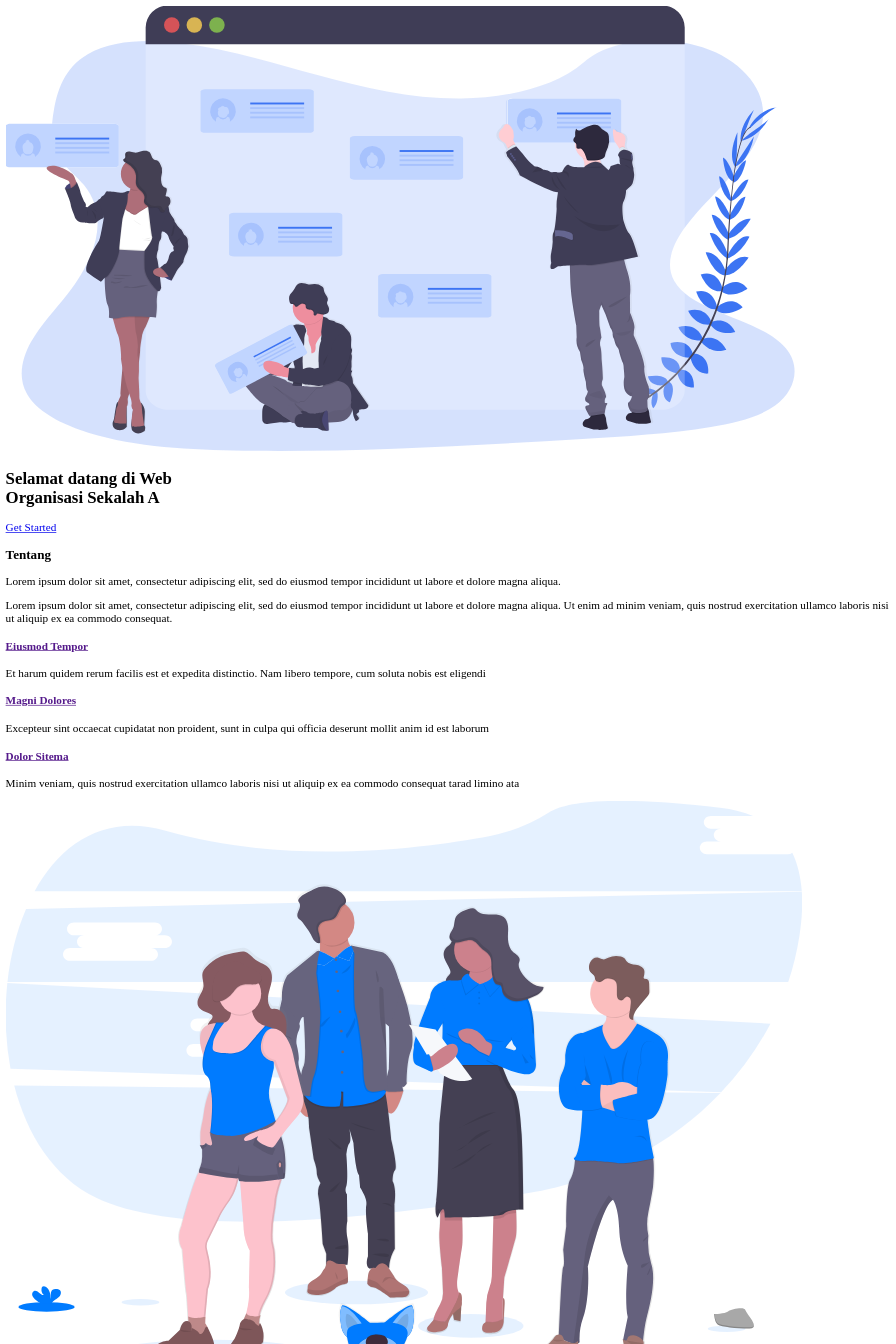
Repository: bayulalu/sekolah-orgaisasi
Page: http://localhost/
An editor plug-in stored every save of this project. The page is shown before and after the next save, followed by the edit.
The browser window is 1280 px wide. The pictures show the part of the page from y = 0 to 1920 px (the page is 4377 px tall before and 720 px after), at 70% of full size.
The page is served by the project's Laravel application, run on PHP 8.4 with Laravel 8. Other server files are loaded and not shown.

Above is the page before, as saved 2020-07-21 11:00:23.

### routes/web.php
<?php

use Illuminate\Support\Facades\Route;



// Route::get('/', function () {
//     return view('welcome');
// });



Route::get('/login-user', 'AuthController@login')->name('login');
Route::post('/login-user', 'AuthController@postLogin')->name('login');
Route::get('/event', 'ArtikelController@event')->name('event');

Route::group(['middleware' => 'auth'], function(){

    Route::get('/register-user','AuthController@registerUser')->name('register');
    Route::post('/register-user','AuthController@storeUser')->name('register');
    Route::get('/logout', 'AuthController@logout' )->name('logout');

    Route::get('/create-envet', 'ArtikelController@create')->name('create-event');
    Route::post('/create-envet', 'ArtikelController@store')->name('create-event');

    Route::get('/event-delete/{slug}', 'ArtikelController@delete');
    Route::get('/event-update/{slug}', 'ArtikelController@edit');
    Route::post('/event-update/{slug}', 'ArtikelController@update');
});

Route::get('/', 'ArtikelController@index')->name('home');
Route::get('/event/{slug}', 'ArtikelController@showDetail')->name('singgel-event');


// Route::get('/tes', function () {
//     return view('gush.singgle');

// });

// Auth::routes();

// Route::get('/home', 'HomeController@index')->name('home');

### app/Http/Controllers/ArtikelController.php
<?php

namespace App\Http\Controllers;

use Illuminate\Http\Request;
use Auth;
use App\Models\Event;
use Illuminate\Support\Str;

class ArtikelController extends Controller
{
    public function index(){
        return view('gush.home');
    }

    public function event(){
        $events = Event::all();
        return view('gush.event',  compact('events'));
    }

    public  function create()
    {
        return view('gush.create');
    }

    public  function store(Request $request)
    {
        $this->validate($request, [
            'konten' => 'required',
            'judul' => 'required',
            'gambar' => 'required|image',
        ]);

       $slug = Str::slug($request->judul.time(), '-');

        if($request->file('gambar')){
            $gambar = $request->file('gambar')->store('gambar', 'public');

        }else{
            $gambar = '';
        }

         Event::create([
            'status' => Auth::user()->status,
            'title' => $request->judul,
            'slug' => $slug,
            'content' => $request->konten,
            'user_id' => Auth::user()->id,
            'image' => $gambar
        ]);

        // return view('gush.create')->with('msg','Data Berhasil Ditambah');
        return redirect()->route('create-event')->with('msg','Data Berhasil Diubah');

    }

    public function showDetail($slug)
    {
        $event = Event::where('slug', $slug)->first();
        return view('gush.singgle', compact('event'));
    }

    public function delete($slug){
        $event = Event::where('slug', $slug)->first();
        $event->delete();
        return redirect()->route('event')->with('msg','Data Berhasil Dihapus');
    }

    public function edit($slug){
        $event = Event::where('slug', $slug)->first();
        return view('gush.update', compact('event'));
    }

    public function update(Request $request, $slug){

        $this->validate($request, [
            'konten' => 'required',
            'judul' => 'required'
        ]);

        $event = Event::where('slug', $slug)->first();

          $event->update([
                'title' => $request->judul,
                'content' => $request->konten,
                'slug' => $slug,
            ]);
          return redirect()->route('singgel-event', $slug)->with('msg','Data Berhasil Diubah');
    }



}

### resources/views/gush/home.blade.php
<section id="intro" class="clearfix">
    <div class="container">

      <div class="intro-img">
        <img src="img/intro-img.svg" alt="" class="img-fluid">
      </div>

      <div class="intro-info">
        <h2>Selamat datang di Web <br>Organisasi Sekalah A</h2>
        <div>
          <a href="#about" class="btn-get-started scrollto">Get Started</a>
         </div>
      </div>

    </div>
  </section><!-- #intro -->

  <main id="main">

    <!--==========================
      About Us Section
    ============================-->
    <section id="about">
      <div class="container">

        <header class="section-header">
          <h3>Tentang</h3>
          <p>Lorem ipsum dolor sit amet, consectetur adipiscing elit, sed do eiusmod tempor incididunt ut labore et dolore magna aliqua.</p>
        </header>

        <div class="row about-container">

          <div class="col-lg-6 content order-lg-1 order-2">
            <p>
              Lorem ipsum dolor sit amet, consectetur adipiscing elit, sed do eiusmod tempor incididunt ut labore et dolore magna aliqua. Ut enim ad minim veniam, quis nostrud exercitation ullamco laboris nisi ut aliquip ex ea commodo consequat.
            </p>

            <div class="icon-box wow fadeInUp">
              <div class="icon"><i class="fa fa-shopping-bag"></i></div>
              <h4 class="title"><a href="">Eiusmod Tempor</a></h4>
              <p class="description">Et harum quidem rerum facilis est et expedita distinctio. Nam libero tempore, cum soluta nobis est eligendi</p>
            </div>

            <div class="icon-box wow fadeInUp" data-wow-delay="0.2s">
              <div class="icon"><i class="fa fa-photo"></i></div>
              <h4 class="title"><a href="">Magni Dolores</a></h4>
              <p class="description">Excepteur sint occaecat cupidatat non proident, sunt in culpa qui officia deserunt mollit anim id est laborum</p>
            </div>

            <div class="icon-box wow fadeInUp" data-wow-delay="0.4s">
              <div class="icon"><i class="fa fa-bar-chart"></i></div>
              <h4 class="title"><a href="">Dolor Sitema</a></h4>
              <p class="description">Minim veniam, quis nostrud exercitation ullamco laboris nisi ut aliquip ex ea commodo consequat tarad limino ata</p>
            </div>

          </div>

          <div class="col-lg-6 background order-lg-2 order-1 wow fadeInUp">
            <img src="img/about-img.svg" class="img-fluid" alt="">
          </div>
        </div>

        <div class="row about-extra">
          <div class="col-lg-6 wow fadeInUp">
            <img src="img/about-extra-1.svg" class="img-fluid" alt="">
          </div>
          <div class="col-lg-6 wow fadeInUp pt-5 pt-lg-0">
            <h4>Voluptatem dignissimos provident quasi corporis voluptates sit assumenda.</h4>
            <p>
              Ipsum in aspernatur ut possimus sint. Quia omnis est occaecati possimus ea. Quas molestiae perspiciatis occaecati qui rerum. Deleniti quod porro sed quisquam saepe. Numquam mollitia recusandae non ad at et a.
            </p>
            <p>
              Ad vitae recusandae odit possimus. Quaerat cum ipsum corrupti. Odit qui asperiores ea corporis deserunt veritatis quidem expedita perferendis. Qui rerum eligendi ex doloribus quia sit. Porro rerum eum eum.
            </p>
          </div>
        </div>

        <div class="row about-extra">
          <div class="col-lg-6 wow fadeInUp order-1 order-lg-2">
            <img src="img/about-extra-2.svg" class="img-fluid" alt="">
          </div>

          <div class="col-lg-6 wow fadeInUp pt-4 pt-lg-0 order-2 order-lg-1">
            <h4>Neque saepe temporibus repellat ea ipsum et. Id vel et quia tempora facere reprehenderit.</h4>
            <p>
             Delectus alias ut incidunt delectus nam placeat in consequatur. Sed cupiditate quia ea quis. Voluptas nemo qui aut distinctio. Cumque fugit earum est quam officiis numquam. Ducimus corporis autem at blanditiis beatae incidunt sunt.
            </p>
            <p>
              Voluptas saepe natus quidem blanditiis. Non sunt impedit voluptas mollitia beatae. Qui esse molestias. Laudantium libero nisi vitae debitis. Dolorem cupiditate est perferendis iusto.
            </p>
            <p>
              Eum quia in. Magni quas ipsum a. Quis ex voluptatem inventore sint quia modi. Numquam est aut fuga mollitia exercitationem nam accusantium provident quia.
            </p>
          </div>

        </div>

      </div>
    </section><!-- #about -->

    <!--==========================
      Services Section
    ============================-->
    <section id="services" class="section-bg">
      <div class="container">

        <header class="section-header">
          <h3>Event</h3>
          <p>Laudem latine persequeris id sed, ex fabulas delectus quo. No vel partiendo abhorreant vituperatoribus.</p>
        </header>

        <div class="row">

          <div class="col-md-6 col-lg-5 offset-lg-1 wow bounceInUp" data-wow-duration="1.4s">
            <div class="box">
              <div class="icon"><i class="ion-ios-analytics-outline" style="color: #ff689b;"></i></div>
              <h4 class="title"><a href="">Lorem Ipsum</a></h4>
              <p class="description">Voluptatum deleniti atque corrupti quos dolores et quas molestias excepturi sint occaecati cupiditate non provident</p>
            </div>
          </div>
          <div class="col-md-6 col-lg-5 wow bounceInUp" data-wow-duration="1.4s">
            <div class="box">
              <div class="icon"><i class="ion-ios-bookmarks-outline" style="color: #e9bf06;"></i></div>
              <h4 class="title"><a href="">Dolor Sitema</a></h4>
              <p class="description">Minim veniam, quis nostrud exercitation ullamco laboris nisi ut aliquip ex ea commodo consequat tarad limino ata</p>
            </div>
          </div>

          <div class="col-md-6 col-lg-5 offset-lg-1 wow bounceInUp" data-wow-delay="0.1s" data-wow-duration="1.4s">
            <div class="box">
              <div class="icon"><i class="ion-ios-paper-outline" style="color: #3fcdc7;"></i></div>
              <h4 class="title"><a href="">Sed ut perspiciatis</a></h4>
              <p class="description">Duis aute irure dolor in reprehenderit in voluptate velit esse cillum dolore eu fugiat nulla pariatur</p>
            </div>
          </div>
          <div class="col-md-6 col-lg-5 wow bounceInUp" data-wow-delay="0.1s" data-wow-duration="1.4s">
            <div class="box">
              <div class="icon"><i class="ion-ios-speedometer-outline" style="color:#41cf2e;"></i></div>
              <h4 class="title"><a href="">Magni Dolores</a></h4>
              <p class="description">Excepteur sint occaecat cupidatat non proident, sunt in culpa qui officia deserunt mollit anim id est laborum</p>
            </div>
          </div>

          <div class="col-md-6 col-lg-5 offset-lg-1 wow bounceInUp" data-wow-delay="0.2s" data-wow-duration="1.4s">
            <div class="box">
              <div class="icon"><i class="ion-ios-world-outline" style="color: #d6ff22;"></i></div>
              <h4 class="title"><a href="">Nemo Enim</a></h4>
              <p class="description">At vero eos et accusamus et iusto odio dignissimos ducimus qui blanditiis praesentium voluptatum deleniti atque</p>
            </div>
          </div>
          <div class="col-md-6 col-lg-5 wow bounceInUp" data-wow-delay="0.2s" data-wow-duration="1.4s">
            <div class="box">
              <div class="icon"><i class="ion-ios-clock-outline" style="color: #4680ff;"></i></div>
              <h4 class="title"><a href="">Eiusmod Tempor</a></h4>
              <p class="description">Et harum quidem rerum facilis est et expedita distinctio. Nam libero tempore, cum soluta nobis est eligendi</p>
            </div>
          </div>


          {{-- TOMBOL --}}

        </div>

      </div>
    </section><!-- #services -->



  </main>

### resources/views/layouts/master.blade.php
<!DOCTYPE html>
<html lang="en">
<head>
  <meta charset="utf-8">
  <title>@yield('title')</title>
  <meta content="width=device-width, initial-scale=1.0" name="viewport">
  <meta content="" name="keywords">
  <meta content="" name="description">

  <!-- Favicons -->
  <link href="img/favicon.png" rel="icon">
  <link href="img/apple-touch-icon.png" rel="apple-touch-icon">

  <!-- Google Fonts -->
  <link href="https://fonts.googleapis.com/css?family=Open+Sans:300,300i,400,400i,700,700i|Montserrat:300,400,500,700" rel="stylesheet">

  <!-- Bootstrap CSS File -->

  <link href="{{ asset('lib/bootstrap/css/bootstrap.min.css') }}" rel="stylesheet">

  <!-- Libraries CSS Files -->
  <link href="{{ asset('lib/font-awesome/css/font-awesome.min.css') }} " rel="stylesheet">
  <link href="{{ asset('lib/animate/animate.min.css') }} " rel="stylesheet">
  <link href="{{ asset('lib/ionicons/css/ionicons.min.css') }} " rel="stylesheet">
  <link href="{{ asset('lib/owlcarousel/assets/owl.carousel.min.css') }} " rel="stylesheet">
  <link href="{{ asset('lib/lightbox/css/lightbox.min.css') }} " rel="stylesheet">

  <!-- Main Stylesheet File -->
  <link href="{{ asset('css/style.css') }} " rel="stylesheet">
  <script src="{{ asset('lib/jquery/jquery.min.js') }} "></script>

  <script src="{{ asset('ckeditor/ckeditor.js') }}"></script>

  <!-- =======================================================
    Theme Name: NewBiz
    Theme URL: https://bootstrapmade.com/newbiz-bootstrap-business-template/
    Author: BootstrapMade.com
    License: https://bootstrapmade.com/license/
  ======================================================= -->
</head>

<body>

  <!--==========================
  Header
  ============================-->
  <header id="header" class="fixed-top">
    <div class="container">

      <div class="logo float-left">
        <!-- Uncomment below if you prefer to use an image logo -->
        <!-- <h1 class="text-light"><a href="#header"><span>NewBiz</span></a></h1> -->
       <b id="sekolah"> SEKOLAHKU </b>
      </div>

      <nav class="main-nav float-right d-none d-lg-block">
        <ul>
          <li ><a href="{{route('home')}}">Home</a></li>
          <li><a href="{{route('event')}}">Event</a></li>
          @if (Auth::user())
            <li><a href="{{route('create-event')}}">Create Event</a></li>
            @if (Auth::user()->level == 1)
              <li><a href="{{route('register')}}">Reister Oragisasi</a></li>
            @endif

            @endif
          <li><a href="#services">About</a></li>

          @if(Auth::check())
            <li><a href="{{route('logout')}}">Logout</a></li>
          @else
            <li><a href="{{route('login')}}">Login</a></li>
          @endif

        </ul>
      </nav><!-- .main-nav -->

    </div>
  </header><!-- #header -->

  <!--==========================
    Intro Section
  ============================-->
  <div class="tes">
  @yield('conten')

  <!--==========================
    Footer
  ============================-->
  <footer id="footer">
    <div class="footer-top">
      <div class="container">
        <div class="row">

          <div class="col-lg-6 col-md-6 footer-info">
            <h3>SEKOLAHKU</h3>
            <p>Cras fermentum odio eu feugiat lide par naso tierra. Justo eget nada terra videa magna derita valies darta donna mare fermentum iaculis eu non diam phasellus. Scelerisque felis imperdiet proin fermentum leo. Amet volutpat consequat mauris nunc congue.</p>
          </div>



          <div class="col-lg-6 col-md-6 footer-contact">
            <h4>Social Media Kami</h4>

            <div class="social-links">
              <a href="#" class="twitter"><i class="fa fa-twitter"></i></a>
              <a href="#" class="facebook"><i class="fa fa-facebook"></i></a>
              <a href="#" class="instagram"><i class="fa fa-instagram"></i></a>
              <a href="#" class="google-plus"><i class="fa fa-google-plus"></i></a>
              <a href="#" class="linkedin"><i class="fa fa-linkedin"></i></a>
            </div>

          </div>

        </div>
      </div>
    </div>
    <div class="container">
      <div class="copyright">
        &copy; Copyright <strong>Sekolahku</strong>. All Rights Reserved
      </div>
      <div class="credits">
        <!--
          All the links in the footer should remain intact.
          You can delete the links only if you purchased the pro version.
          Licensing information: https://bootstrapmade.com/license/
          Purchase the pro version with working PHP/AJAX contact form: https://bootstrapmade.com/buy/?theme=NewBiz
        -->
        Designed by <a href="https://bootstrapmade.com/">BootstrapMade</a>
      </div>
    </div>
  </footer><!-- #footer -->
</div>
  <a href="#" class="back-to-top"><i class="fa fa-chevron-up"></i></a>
  <!-- Uncomment below i you want to use a preloader -->
  <!-- <div id="preloader"></div> -->

  <!-- JavaScript Libraries -->
  <script src="{{ asset('lib/jquery/jquery-migrate.min.js') }} "></script>
  <script src="{{ asset('lib/bootstrap/js/bootstrap.bundle.min.js') }}"></script>
  <script src="{{ asset('lib/easing/easing.min.js') }} "></script>
  <script src="{{ asset('lib/mobile-nav/mobile-nav.js') }}"></script>
  <script src="{{ asset('lib/wow/wow.min.js') }}"></script>
  <script src="{{ asset('lib/waypoints/waypoints.min.js') }}"></script>
  <script src="{{ asset('lib/counterup/counterup.min.js') }}"></script>
  <script src="{{ asset('lib/owlcarousel/owl.carousel.min.js') }}"></script>
  <script src="{{ asset('lib/isotope/isotope.pkgd.min.js') }}"></script>
  <script src="{{ asset('lib/lightbox/js/lightbox.min.js') }}"></script>
  <!-- Contact Form JavaScript File -->
  <script src="{{ asset('contactform/contactform.js') }}"></script>

  <!-- Template Main Javascript File -->
  <script src="{{ asset('js/main.js') }}"></script>

</body>
</html>

Loaded but not shown: app/Http/Controllers/Controller.php (common file); public/lib/bootstrap/css/bootstrap.min.css (library); public/lib/font-awesome/css/font-awesome.min.css (library); public/lib/animate/animate.min.css (library); public/lib/ionicons/css/ionicons.min.css (library); public/lib/owlcarousel/assets/owl.carousel.min.css (library); public/lib/lightbox/css/lightbox.min.css (common file); public/lib/jquery/jquery.min.js (library); public/ckeditor/ckeditor.js (library); public/lib/jquery/jquery-migrate.min.js (library); public/lib/bootstrap/js/bootstrap.bundle.min.js (library); public/lib/easing/easing.min.js (common file); public/lib/mobile-nav/mobile-nav.js (common file); public/lib/wow/wow.min.js (library); public/lib/waypoints/waypoints.min.js (library); public/lib/counterup/counterup.min.js (common file); public/lib/owlcarousel/owl.carousel.min.js (library); public/lib/isotope/isotope.pkgd.min.js (library); public/lib/lightbox/js/lightbox.min.js (library); public/img/intro-img.svg (1 lines, source omitted); public/img/about-extra-2.svg (1 lines, source omitted); public/img/about-img.svg (1 lines, source omitted); public/img/about-extra-1.svg (1 lines, source omitted); public/contactform/contactform.js (118 lines, source omitted); public/css/style.css (1433 lines, source omitted)

After the next save:
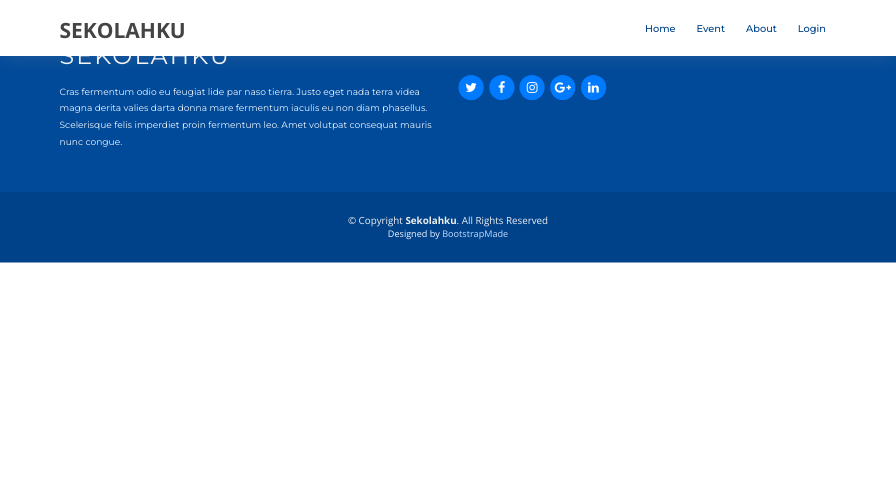
Saved 2 min 7 s later.
--- a/resources/views/gush/home.blade.php
+++ b/resources/views/gush/home.blade.php
@@ -1,3 +1,10 @@
+@extends('layouts.master')
+
+@section('title', 'Parameter')
+
+@section('content')
+
+
 <section id="intro" class="clearfix">
     <div class="container">
 
@@ -167,3 +174,5 @@
 
 
   </main>
+
+  @endsection
